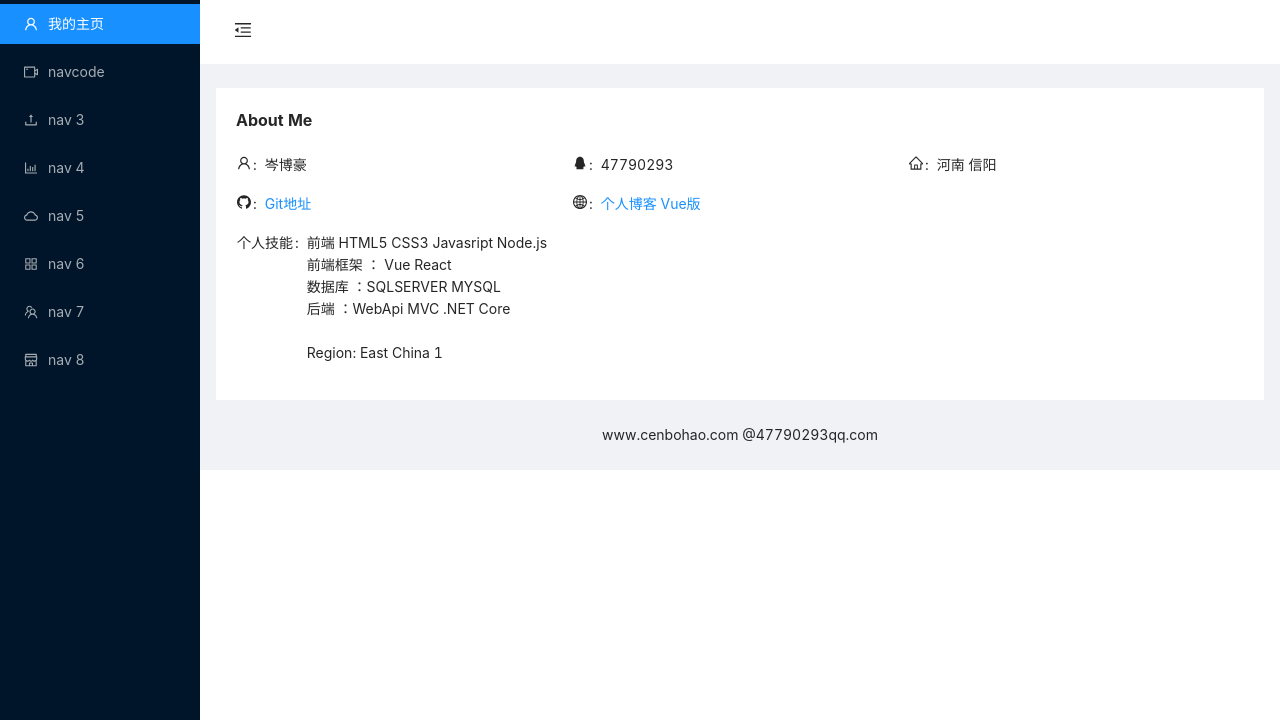
Repository: CBH20010703/bolgsweb
Page: /index (app in blogs/)
The author's editor kept a copy of each file at every save. The page is drawn from the files as they stood at one save, then again after the next save.
The browser window is 1280 px wide. The pictures show the whole page.
The project was rebuilt for these pictures with package versions that can differ from the ones it lists, and the page was loaded fresh each time. Also part of the build but not shown: blogs/src/view/Login/Login.jsx, blogs/src/component/Menu/MenuList.css, blogs/src/view/Home/Home.css, blogs/src/view/NavCode/NavCode.css, blogs/src/view/NavCode/NavCode.jsx, blogs/src/view/404/Error.jsx.

Above is the page before, as saved 2021-06-27 22:30:11.

After the next save:
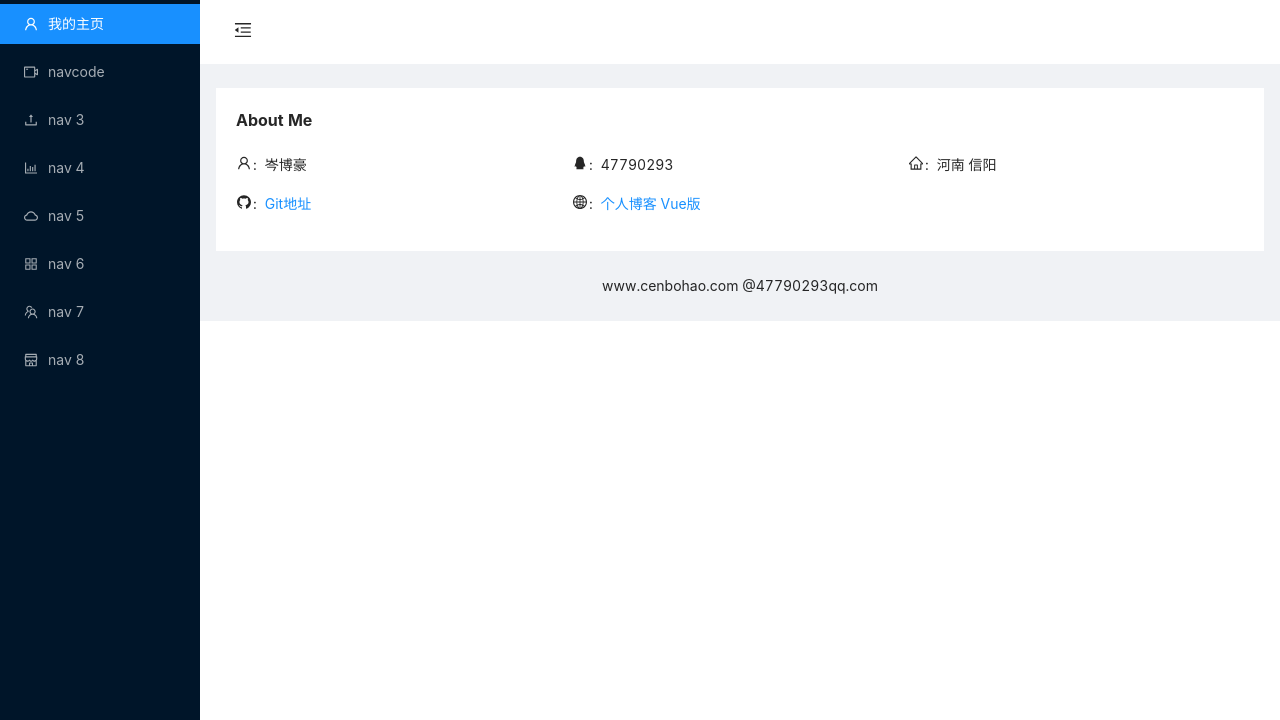
Saved 17 s later.
--- a/blogs/src/view/Home/Home.jsx
+++ b/blogs/src/view/Home/Home.jsx
@@ -19,19 +19,7 @@ export default class Home extends Component {
                     <Descriptions.Item label={<GlobalOutlined />} span={2}>
                         <a href="http://www.cenbohao.com/">个人博客 Vue版</a>
                     </Descriptions.Item>
-                    <Descriptions.Item label="个人技能">
-                        前端 HTML5 CSS3 Javasript  Node.js
-                        <br />
-                        前端框架 ： Vue React
-                        <br />
-                        数据库 ：SQLSERVER MYSQL
-                        <br />
-                        后端 ：WebApi MVC .NET Core
-                        <br />
 
-                        <br />
-                        Region: East China 1<br />
-                    </Descriptions.Item>
                 </Descriptions>
             </div>
 
